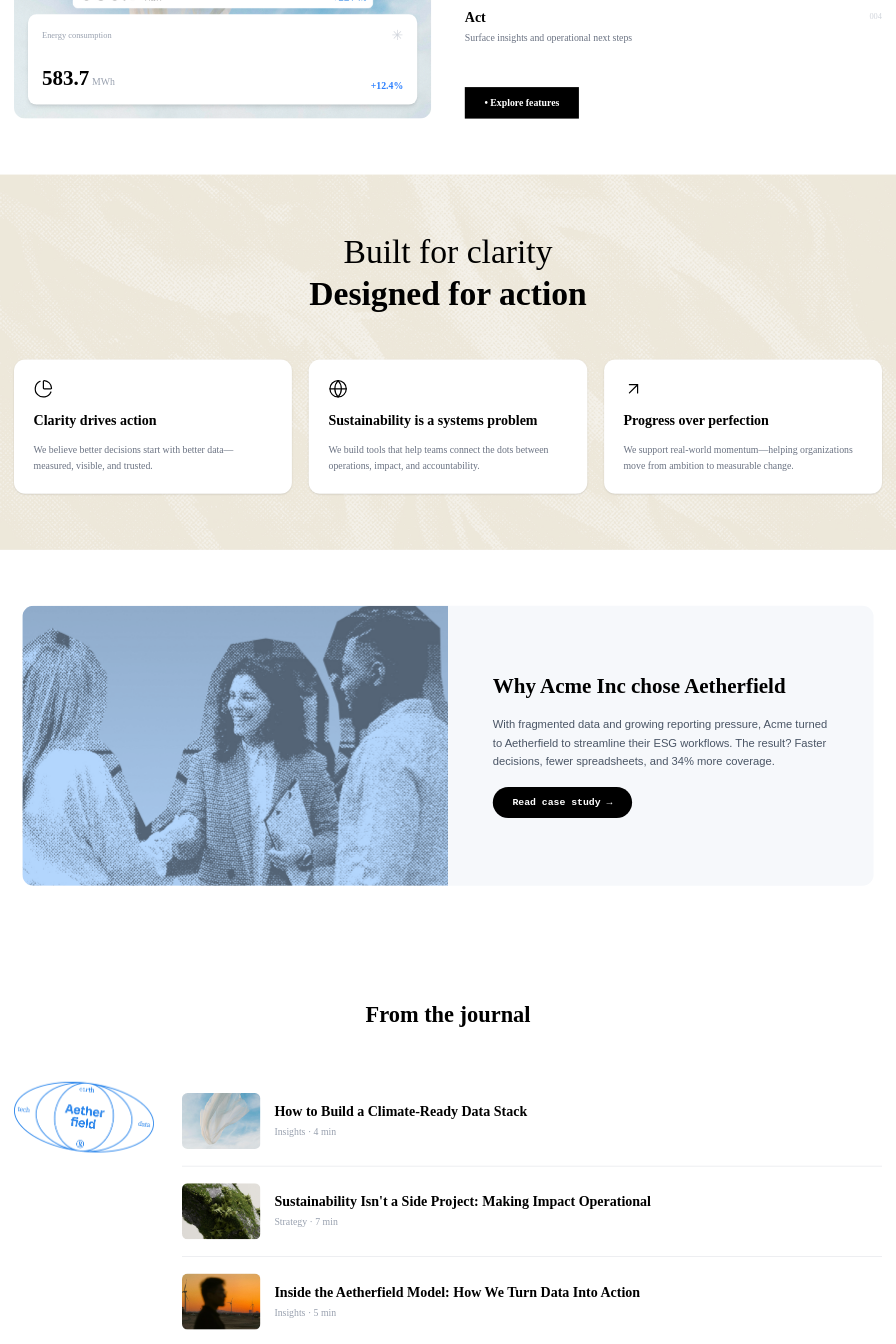
Repository: neelpatel6262/Aetherfield-SaaS
Page: /
An editor plug-in stored every save of this project. The page is shown before and after the next save, followed by the edit.
The browser window is 1280 px wide. The pictures show the part of the page from y = 1538 to 3458 px (the page is 5806 px tall before and 5971 px after), at 70% of full size.
Some web fonts or font styles are not loaded; a fallback is used. The project was rebuilt for these pictures with package versions that can differ from the ones it lists, and the page was loaded fresh each time. Also part of the build but not shown: vite.config.js, src/pages/About.jsx, src/pages/Journal.jsx, src/pages/Article.jsx, src/pages/Careers.jsx, src/pages/JobListing.jsx, src/pages/Signup.jsx.

Above is the page before, as saved 2026-02-28 23:58:27.

### index.html
<!doctype html>
<html lang="en">
  <head>
    <meta charset="UTF-8" />
    <link rel="icon" type="image/svg+xml" href="/vite.svg" />
    <meta name="viewport" content="width=device-width, initial-scale=1.0" />
    <title>Aetherfield SaaS</title>
  </head>
  <body>
    <div id="root"></div>
    <script type="module" src="/src/main.jsx"></script>
  </body>
</html>

### src/main.jsx
import React from 'react'
import ReactDOM from 'react-dom/client'
import App from './App'
import './styles/index.css'

ReactDOM.createRoot(document.getElementById('root')).render(
  <React.StrictMode>
    <App />
  </React.StrictMode>
)

### src/App.jsx
import React from 'react';
import { BrowserRouter, Routes, Route } from 'react-router-dom';


import Home from './pages/Home';
import About from './pages/About';
import Journal from './pages/Journal';
import Article from './pages/Article';
import Careers from './pages/Careers';
import JobListing from './pages/JobListing';
import Signup from './pages/Signup';
import Layout from './components/layout/Layout';

const App = () => {
  return (
    <BrowserRouter>
      <Routes>

        <Route element={<Layout />}>
          <Route path="/" element={<Home />} />
          <Route path="/about" element={<About />} />
          <Route path="/journal" element={<Journal />} />
          <Route path="/article/:id" element={<Article />} />
          <Route path="/careers" element={<Careers />} />
          <Route path="/job-listing/:id" element={<JobListing />} />
          <Route path="/signup" element={<Signup />} />
        </Route>


      </Routes>
    </BrowserRouter>
  );
};

export default App;

### src/styles/index.css
@import "tailwindcss";


@import url('https://fonts.googleapis.com/css2?family=Source+Serif+4:ital,opsz,wght@0,8..60,200..900;1,8..60,200..900&family=Radio+Canada+Big:ital,wght@0,400..700;1,400..700&family=Geist+Mono:wght@100..900&display=swap');

@font-face {
  font-family: "heading";
  src: url("https://fonts.gstatic.com/s/sourceserif4/v8/vF1XRFULdoB1WhFcF9jWq4KvMQyJETJo.woff2") format("woff2");
  font-weight: 400 900;
  font-style: normal;
  font-display: swap;
}

@font-face {
  font-family: "subheading";
  src: url("https://fonts.gstatic.com/s/radiocanadabig/v1/P5sOzZW3ZKlO3naZMH6bRzrE4HkKaQ.woff2") format("woff2");
  font-weight: 400 700;
  font-style: normal;
  font-display: swap;
}

@font-face {
  font-family: "btn";
  src: url("https://fonts.gstatic.com/s/geistmono/v1/or3NQ75mkm94_-NqtlM3e6HlvmU.woff2") format("woff2");
  font-weight: 400 700;
  font-style: normal;
  font-display: swap;
}


@layer base {
  * {
    margin: 0;
    padding: 0;
    box-sizing: border-box;
  }

  body {
    font-family: 'subheading', 'Radio Canada Big', sans-serif;
    background-color: #ffffff;
    color: #111111;
  }

  h1, h2, h3 {
    font-family: 'heading', 'Source Serif 4', serif;
  }

  button {
    font-family: 'btn', 'Geist Mono', monospace;
  }
}

### src/pages/Home.jsx
import React from 'react'
import Hero         from '../components/sections/Hero'
import Features     from '../components/sections/Features'
import ValueSection from '../components/sections/ValueSection'
import CaseStudy    from '../components/sections/CaseStudy'
import JournalPreview from '../components/sections/JournalPreview'
import Testimonial  from '../components/sections/Testimonial'
import CTABanner    from '../components/sections/CTABanner'

const Home = () => {
  return (
    <div className="bg-white w-full">
      <Hero />
      <Features />
      <ValueSection />
      <CaseStudy />
      <JournalPreview />
      <Testimonial />
      <CTABanner />
    </div>
  )
}

export default Home

### src/components/layout/Layout.jsx
// src/components/layout/Layout.jsx
import React from 'react';
import { Outlet } from 'react-router-dom';
import Navbar from './Navbar';
import Footer from './Footer';

const Layout = () => {
  return (
    <div className="min-h-screen flex flex-col">
      <Navbar />

      <main className="flex-1">
        <Outlet />
      </main>

      <Footer />
    </div>
  );
};

export default Layout;

### src/components/sections/Hero.jsx
import React from 'react'
import Features from './Features'
import CaseStudy from './CaseStudy'
import ValueSection from './ValueSection'
import JournalPreview from './JournalPreview'
import Testimonial from './Testimonial'
import CTABanner from './CTABanner'

import HeroImage from '../../assets/images/Hero image.jpg'

const Hero = () => {
  return (
    <section
      className="flex flex-col items-center px-6 pt-16 pb-0 overflow-hidden"
      style={{
        background: 'linear-gradient(180deg, #C5DCF0 0%, #CBDDED 35%, #D6CEBC 75%, #E0C9A8 100%)',
        minHeight: '100vh',
      }}
    >

      <div className="flex flex-col items-center mt-10 mb-0">
        <h1
          className="text-6xl md:text-7xl font-extrabold text-center text-black leading-none tracking-tight font-[Heading, serif]"
        >
          Sustainability insights,
        </h1>
        <h1
          className="text-6xl md:text-7xl font-extrabold text-center text-black leading-none tracking-tight font-[Subheading, serif]"
        >
          built for business
        </h1>
      </div>


      <p
        className="mt-6 text-sm md:text-base text-center text-black/50 max-w-md leading-relaxed font-[heading, sans-serif]"

      >
        Track impact, reduce emissions, and accelerate progress—with clarity and confidence.
      </p>


      <div className="flex gap-3 mt-8">
        <button
          className="
            flex items-center gap-2
            bg-black text-white
            text-sm font-semibold
            px-7 py-3
            hover:opacity-75 transition
          "
          style={{ fontFamily: 'btn, monospace' }}
        >
          • Request a demo
        </button>
        <button
          className="
            flex items-center gap-2
            bg-black text-white
            text-sm font-semibold
            px-7 py-3
            hover:opacity-75 transition
          "
          style={{ fontFamily: 'btn, monospace' }}
        >
          • Explore the platform
        </button>
      </div>


      <div
        className="
          mt-16 w-full max-w-3xl
          bg-white
          rounded-t-2xl
          shadow-2xl
          border border-gray-200
          overflow-hidden
        "
      >
        <img
          src={HeroImage}
          alt="Aetherfield dashboard"
          className="w-full h-auto object-cover object-top rounded-3xl "
        />
      </div>

    </section>
  )


}

export default Hero

### src/components/sections/ValueSection.jsx
import React from 'react'
import ValueImageBG from '../../assets/images/Values section.jpg'
import { PieChart, Globe, ArrowUpRight } from 'lucide-react'

const values = [
  { icon: <PieChart size={28} strokeWidth={1.5} />, title: 'Clarity drives action', desc: 'We believe better decisions start with better data—measured, visible, and trusted.' },
  { icon: <Globe size={28} strokeWidth={1.5} />, title: 'Sustainability is a systems problem', desc: 'We build tools that help teams connect the dots between operations, impact, and accountability.' },
  { icon: <ArrowUpRight size={28} strokeWidth={1.5} />, title: 'Progress over perfection', desc: 'We support real-world momentum—helping organizations move from ambition to measurable change.' },
]

function ValueSection() {
  return (
    <section className="relative w-full py-20 overflow-hidden bg-[#EDE8DC]">
      <img
        src={ValueImageBG}
        alt=""
        aria-hidden="true"
        className="absolute inset-0 w-full h-full object-cover opacity-40 pointer-events-none"
      />
      <div className="relative z-10 w-container max-w-container mx-auto px-5">
        <div className="text-center mb-16">
          <h2 className="text-[48px] text-black leading-tight font-[heading]" style={{ fontWeight: 400 }}>
            Built for clarity
          </h2>
          <h2 className="text-[48px] font-extrabold text-black leading-tight font-[heading]">
            Designed for action
          </h2>
        </div>
        <div className="grid grid-cols-1 md:grid-cols-3 gap-6">
          {values.map(v => (
            <div key={v.title} className="bg-white rounded-2xl p-7 flex flex-col gap-4 shadow-sm">
              <div className="text-black">{v.icon}</div>
              <p className="text-[20px] font-bold text-black font-[heading]">{v.title}</p>
              <p className="text-[14px] text-gray-500 leading-relaxed font-[subheading]">{v.desc}</p>
            </div>
          ))}
        </div>
      </div>
    </section>
  )
}

export default ValueSection

### src/components/sections/CaseStudy.jsx
import React from 'react';
import CaseStudyImageBG from '../../assets/images/About.jpg';

function CaseStudy() {
  return (
    <section className="w-full bg-white py-16 md:py-20">
      <div className="mx-auto w-full max-w-7xl px-5 md:px-6 lg:px-8">
        <div className="overflow-hidden rounded-2xl bg-[#F6F8FB]">
          <div className="flex flex-col md:flex-row">
            {/* Image column */}
            <div className="relative w-full md:w-1/2">
              <img
                src={CaseStudyImageBG}
                alt="Acme Inc team working together"
                className="h-full w-full object-cover"
                style={{ minHeight: '400px', filter: 'grayscale(100%)' }}
              />
              <div
                className="absolute inset-0"
                style={{
                  backgroundColor: '#93C5FD',
                  mixBlendMode: 'multiply',
                  opacity: 0.7,
                }}
              />
            </div>

            {/* Content column */}
            <div className="flex w-full flex-col justify-center gap-6 px-8 py-12 md:w-1/2 md:px-12 lg:px-16">
              <h3 className="text-2xl font-bold text-black md:text-3xl">
                Why Acme Inc chose Aetherfield
              </h3>

              <p className="text-base leading-relaxed text-gray-600">
                With fragmented data and growing reporting pressure, Acme turned to
                Aetherfield to streamline their ESG workflows. The result? Faster
                decisions, fewer spreadsheets, and 34% more coverage.
              </p>

              <button
                className="
                  self-start rounded-full bg-black px-7 py-3
                  text-sm font-semibold text-white
                  transition hover:bg-black/90 active:opacity-80
                "
              >
                Read case study →
              </button>
            </div>
          </div>
        </div>
      </div>
    </section>
  );
}

export default CaseStudy;

### src/components/sections/JournalPreview.jsx
import React from 'react'
import { Link } from 'react-router-dom'
import { articles } from '../../data/article'
import Sticker from '../../assets/images/Sticker.png'

const JournalPreview = () => {
  return (
    <section className="w-full bg-white py-20">
      <div className="w-container max-w-container mx-auto px-5">

        <h2 className="text-[32px] font-extrabold text-black text-center mb-16 font-[heading]">
          From the journal
        </h2>

        <div className="flex flex-col md:flex-row gap-10 items-start">

          <div className="flex-shrink-0 pt-2">
            <img src={Sticker} alt="Aetherfield Journal" className="w-[200px] h-auto object-contain" />
          </div>

          <div className="flex-1 flex flex-col">
            {articles.slice(0, 3).map((article, index) => (
              <Link
                key={article.id}
                to={`/journal/${article.slug}`}
                className={`flex flex-row gap-5 items-center py-6 w-full hover:opacity-80 transition no-underline ${index !== 2 ? 'border-b border-gray-200' : ''}`}
              >
                <img src={article.image} alt={article.title} className="w-28 h-20 object-cover rounded-lg flex-shrink-0" />
                <div className="flex flex-col gap-1">
                  <p className="text-[20px] font-semibold text-black leading-snug font-[heading]">{article.title}</p>
                  <p className="text-[14px] text-gray-400 font-[subheading]">{article.category} · {article.time}</p>
                </div>
              </Link>
            ))}
            <div className="mt-10">
              <Link to="/journal">
                <button className="bg-black text-white text-[14px] font-semibold px-7 py-3 hover:opacity-75 transition font-[btn]">
                  • View all articles
                </button>
              </Link>
            </div>
          </div>

        </div>
      </div>
    </section>
  )
}

export default JournalPreview

### src/components/sections/Testimonial.jsx
import React from 'react'
import TestimonialImage from '../../assets/images/Testimonial.jpg'

const Testimonial = () => {
  return (
    <section className="w-full bg-white py-20">
      <div className="w-container max-w-container mx-auto px-5">
        <div className="flex flex-col md:flex-row gap-12 items-center">

          <div className="relative w-full md:w-1/2 flex-shrink-0">
            <img
              src={TestimonialImage}
              alt="Elliot Williams"
              className="w-full h-auto object-cover rounded-2xl"
              style={{ filter: 'grayscale(100%)' }}
            />
            <div className="absolute inset-0 rounded-2xl pointer-events-none" style={{ backgroundColor: '#93C5FD', mixBlendMode: 'multiply', opacity: 0.7 }} />
          </div>

          <div className="w-full md:w-1/2 flex flex-col gap-4">
            <blockquote className="text-[28px] font-bold text-black leading-tight font-[heading]">
              "We finally moved past spreadsheets and guesswork. Now we have real data to guide real decisions."
            </blockquote>
            <p className="text-[14px] text-gray-600 mt-4 font-[subheading]">
              Elliot Williams, Head of Sustainability, Flux Materials
            </p>
          </div>

        </div>
      </div>
    </section>
  )
}

export default Testimonial

### src/components/sections/CTABanner.jsx
import React from 'react';

function CTABanner() {
  return (
    <section className="w-full bg-white py-16 md:py-20 lg:py-24">
      <div className="mx-auto w-full max-w-7xl px-5 md:px-6 lg:px-8">
        <div className="rounded-2xl bg-gray-100 px-6 py-16 text-center md:py-20 lg:py-24 lg:px-12">
          <h2 className="mx-auto mb-8 max-w-3xl text-3xl font-extrabold leading-tight text-black md:text-4xl lg:text-5xl">
            Ready to operationalize your sustainability goals?
          </h2>

          <button
            className="
              rounded-full bg-black px-8 py-4 text-base font-semibold
              text-white transition hover:bg-black/90 active:opacity-80
              md:px-10 md:py-4 md:text-lg
            "
          >
            Request a demo →
          </button>
        </div>
      </div>
    </section>
  );
}

export default CTABanner;

### src/components/layout/Navbar.jsx
import React from 'react'
import { Link, NavLink } from 'react-router-dom'
import Logo from '../../assets/images/Logo.png';


const links = [
  { label: 'Journal', to: '/journal' },
  { label: 'artical', to: '/artical' },
  { label: 'About', to: '/about' },
  { label: 'Careers', to: '/careers' },
  { label: 'job-listing', to: '/job-listing' }
]


function Navbar() {
  return (
    <nav className="
      w-full px-10 py-4
      flex items-center justify-between
      bg-white/80 backdrop-blur-md
      sticky top-0 z-50
      border-b border-gray-100
    ">
      {/* Logo */}
      <Link to="/">
        <img
          src={Logo}
          alt="Aetherfield"
          className="h-6 w-auto object-contain"
        />
      </Link>

      {/* Links */}
      <ul className="flex items-center gap-8">
        {links.map(link => (
          <li key={link.to}>
            <NavLink
              to={link.to}
              className={({ isActive }) =>
                isActive
                  ? 'text-black font-semibold text-sm'
                  : 'text-black/60 hover:text-black text-sm transition-colors'
              }
            >
              {link.label}
            </NavLink>
          </li>
        ))}

        {/* Get Started */}
        <li>
          <Link
            to="/signup"
            className="text-sm font-semibold text-black hover:opacity-60 transition"
          >
            Get started →
          </Link>
        </li>
      </ul>
    </nav>
  )
}

export default Navbar

### src/components/layout/Footer.jsx
import React from 'react';
import { Link } from 'react-router-dom';
import FooterLogo from '../../assets/images/FooterLogo.png';
import FooterTexture from '../../assets/images/Footer image.jpg';

const links = [
  { label: 'Journal', to: '/journal' },
  { label: 'artical', to: '/artical' },
  { label: 'About', to: '/about' },
  { label: 'Careers', to: '/careers' },
  { label: 'job-listing', to: '/job-listing' },
];

function Footer() {
  return (
    <footer className="w-full bg-[#FFF546] text-[#66640F] flex flex-col items-center overflow-hidden bg-cover bg-center px-8 py-4">
      <div className="w-full  flex flex-col items-center">
        <div className="w-full flex flex-col md:flex-row md:justify-between md:items-center gap-4 md:gap-0 text-sm md:text-base font-semibold uppercase tracking-wide mb-8 md:mb-10">
          <ul className="flex flex-wrap justify-center md:justify-start gap-x-6 md:gap-x-10 gap-y-2 font-[subheading]">
            {links.map((link) => (
              <li key={link.to}>
                <Link
                  to={link.to}
                  className="hover:opacity-70 transition-opacity duration-200"
                >
                  {link.label}
                </Link>
              </li>
            ))}
          </ul>

          <p className="text-center md:text-right font-medium opacity-90 font-[subheading]">
            ©2025 · All rights reserved
          </p>
        </div>

        <img
          src={FooterTexture}
          alt="Aetherfield texture background"
          className="w-full object-cover mx-auto mb-10 md:mb-12"
        />

        <img
          src={FooterLogo}
          alt="Aetherfield Logo"
          className="w-full h-auto mx-auto mb-8 md:mb-12"
        />

        <div className="h-6 md:h-10 lg:h-12"></div>
      </div>
    </footer>
  );
}

export default Footer;

Loaded but not shown: src/data/article.js (130 lines, source omitted); src/components/sections/Features.jsx (68 lines, source omitted)

After the next save:
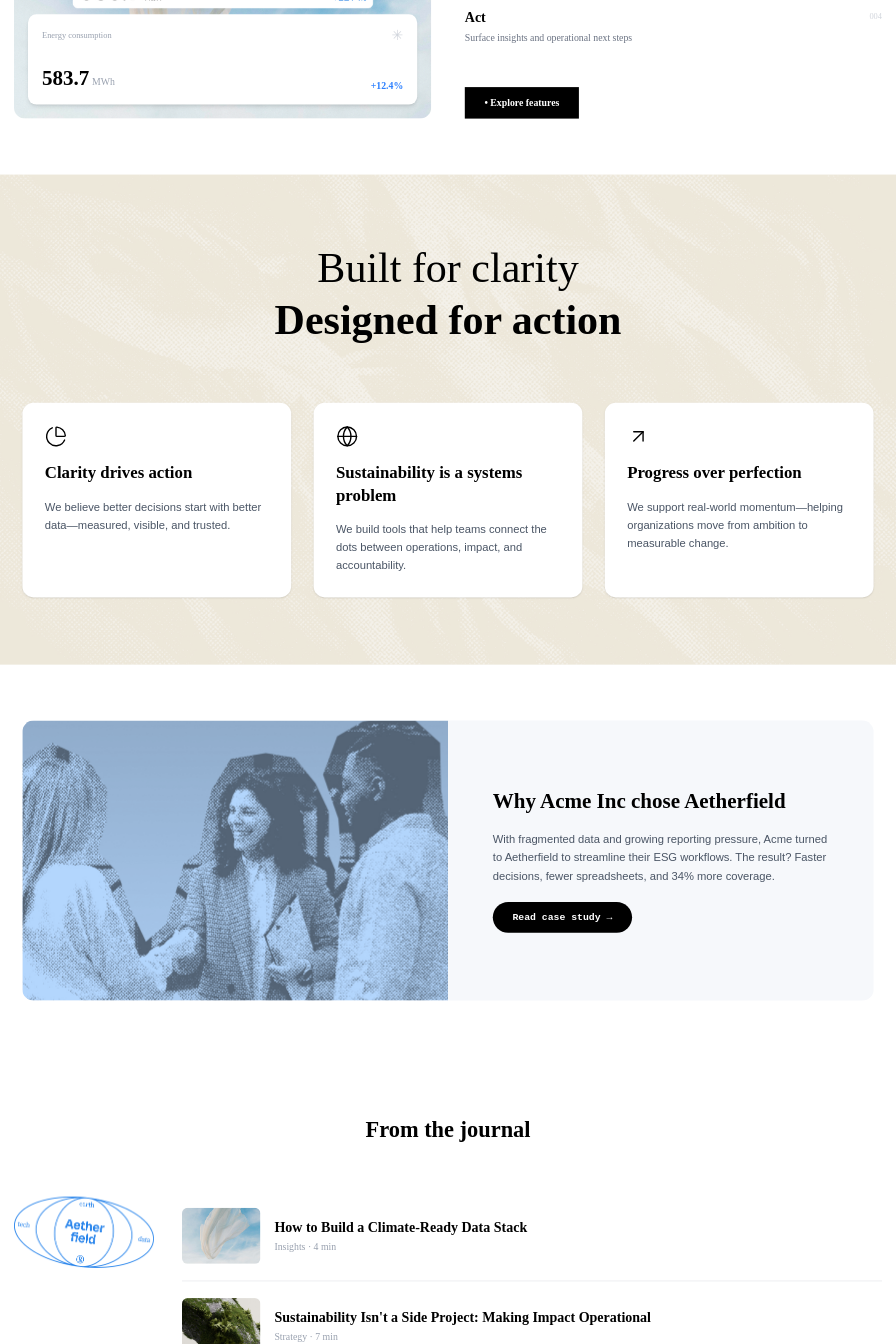
Saved 55 s later.
--- a/src/components/sections/ValueSection.jsx
+++ b/src/components/sections/ValueSection.jsx
@@ -1,43 +1,74 @@
-import React from 'react'
-import ValueImageBG from '../../assets/images/Values section.jpg'
-import { PieChart, Globe, ArrowUpRight } from 'lucide-react'
+import React from 'react';
+import ValueImageBG from '../../assets/images/Values section.jpg';
+import { PieChart, Globe, ArrowUpRight } from 'lucide-react';
 
 const values = [
-  { icon: <PieChart size={28} strokeWidth={1.5} />, title: 'Clarity drives action', desc: 'We believe better decisions start with better data—measured, visible, and trusted.' },
-  { icon: <Globe size={28} strokeWidth={1.5} />, title: 'Sustainability is a systems problem', desc: 'We build tools that help teams connect the dots between operations, impact, and accountability.' },
-  { icon: <ArrowUpRight size={28} strokeWidth={1.5} />, title: 'Progress over perfection', desc: 'We support real-world momentum—helping organizations move from ambition to measurable change.' },
-]
+  {
+    icon: <PieChart size={32} strokeWidth={1.5} />,
+    title: 'Clarity drives action',
+    desc: 'We believe better decisions start with better data—measured, visible, and trusted.',
+  },
+  {
+    icon: <Globe size={32} strokeWidth={1.5} />,
+    title: 'Sustainability is a systems problem',
+    desc: 'We build tools that help teams connect the dots between operations, impact, and accountability.',
+  },
+  {
+    icon: <ArrowUpRight size={32} strokeWidth={1.5} />,
+    title: 'Progress over perfection',
+    desc: 'We support real-world momentum—helping organizations move from ambition to measurable change.',
+  },
+];
 
 function ValueSection() {
   return (
-    <section className="relative w-full py-20 overflow-hidden bg-[#EDE8DC]">
+    <section className="relative w-full overflow-hidden bg-[#EDE8DC] py-16 md:py-20 lg:py-24">
+      {/* Background image with subtle opacity */}
       <img
         src={ValueImageBG}
         alt=""
         aria-hidden="true"
-        className="absolute inset-0 w-full h-full object-cover opacity-40 pointer-events-none"
+        className="absolute inset-0 h-full w-full object-cover opacity-40 pointer-events-none"
       />
-      <div className="relative z-10 w-container max-w-container mx-auto px-5">
-        <div className="text-center mb-16">
-          <h2 className="text-[48px] text-black leading-tight font-[heading]" style={{ fontWeight: 400 }}>
+
+      {/* Content layer */}
+      <div className="relative z-10 mx-auto w-full max-w-7xl px-5 md:px-6 lg:px-8">
+        {/* Headline */}
+        <div className="mb-12 text-center md:mb-16 lg:mb-20">
+          <h2 className="text-4xl font-normal leading-tight text-black md:text-5xl lg:text-6xl">
             Built for clarity
           </h2>
-          <h2 className="text-[48px] font-extrabold text-black leading-tight font-[heading]">
+          <h2 className="text-4xl font-extrabold leading-tight text-black md:text-5xl lg:text-6xl">
             Designed for action
           </h2>
         </div>
-        <div className="grid grid-cols-1 md:grid-cols-3 gap-6">
-          {values.map(v => (
-            <div key={v.title} className="bg-white rounded-2xl p-7 flex flex-col gap-4 shadow-sm">
-              <div className="text-black">{v.icon}</div>
-              <p className="text-[20px] font-bold text-black font-[heading]">{v.title}</p>
-              <p className="text-[14px] text-gray-500 leading-relaxed font-[subheading]">{v.desc}</p>
+
+        {/* Values grid */}
+        <div className="grid grid-cols-1 gap-6 md:grid-cols-3 lg:gap-8">
+          {values.map((value) => (
+            <div
+              key={value.title}
+              className="
+                flex flex-col gap-5 rounded-2xl bg-white
+                p-7 shadow-sm transition hover:shadow-md
+                lg:p-8
+              "
+            >
+              <div className="text-black">{value.icon}</div>
+
+              <h3 className="text-xl font-bold text-black md:text-2xl">
+                {value.title}
+              </h3>
+
+              <p className="text-base leading-relaxed text-gray-600">
+                {value.desc}
+              </p>
             </div>
           ))}
         </div>
       </div>
     </section>
-  )
+  );
 }
 
-export default ValueSection
+export default ValueSection;
